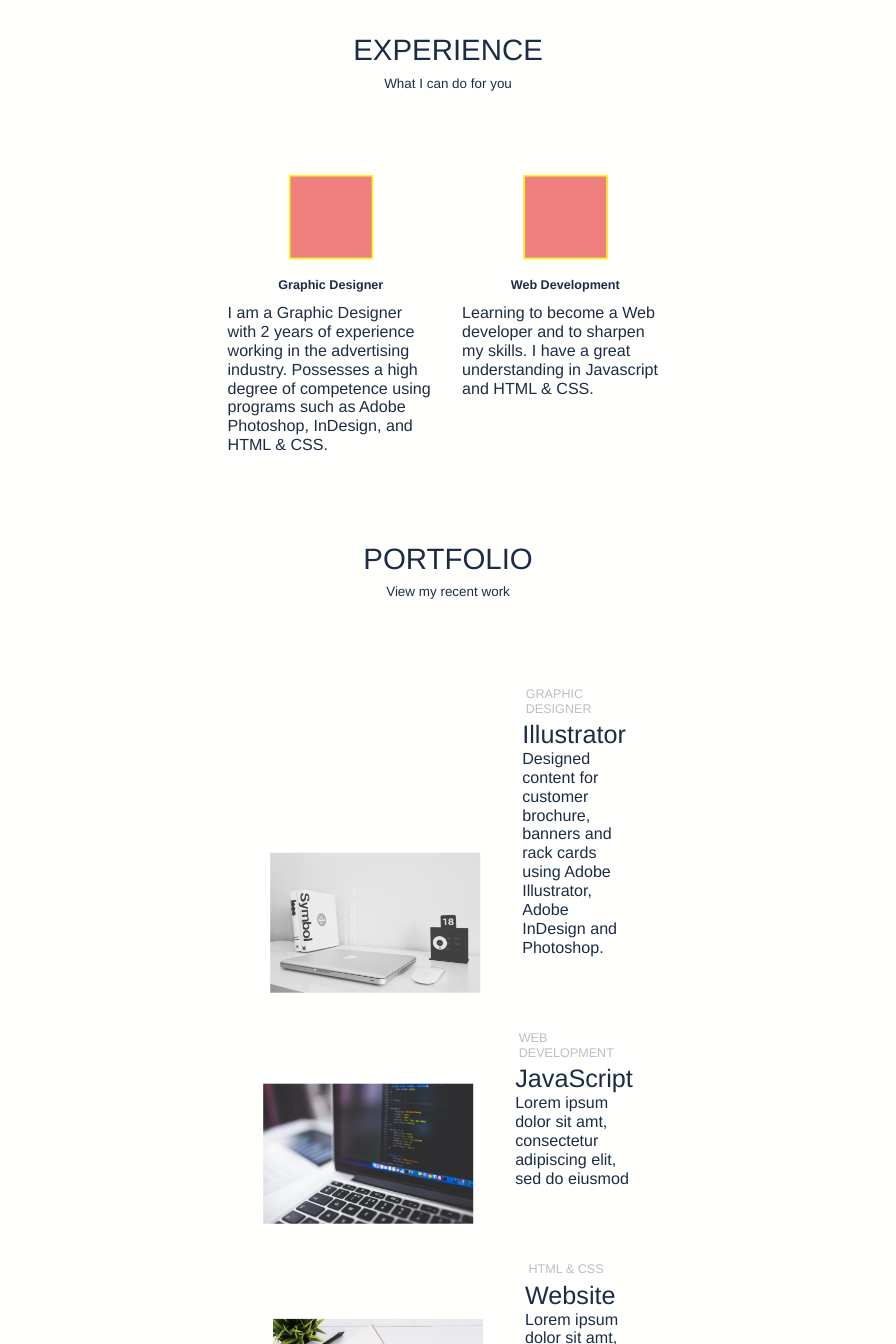
Repository: jb150524/JB-Portfolio
Page: index.html
An editor plug-in stored every save of this project. The page is shown before and after the next save, followed by the edit.
The browser window is 1280 px wide. The pictures show the part of the page from y = 1303 to 3223 px (the page is 4178 px tall before and 4433 px after), at 70% of full size.

Above is the page before, as saved 2021-07-24 18:38:39.

After the next save:
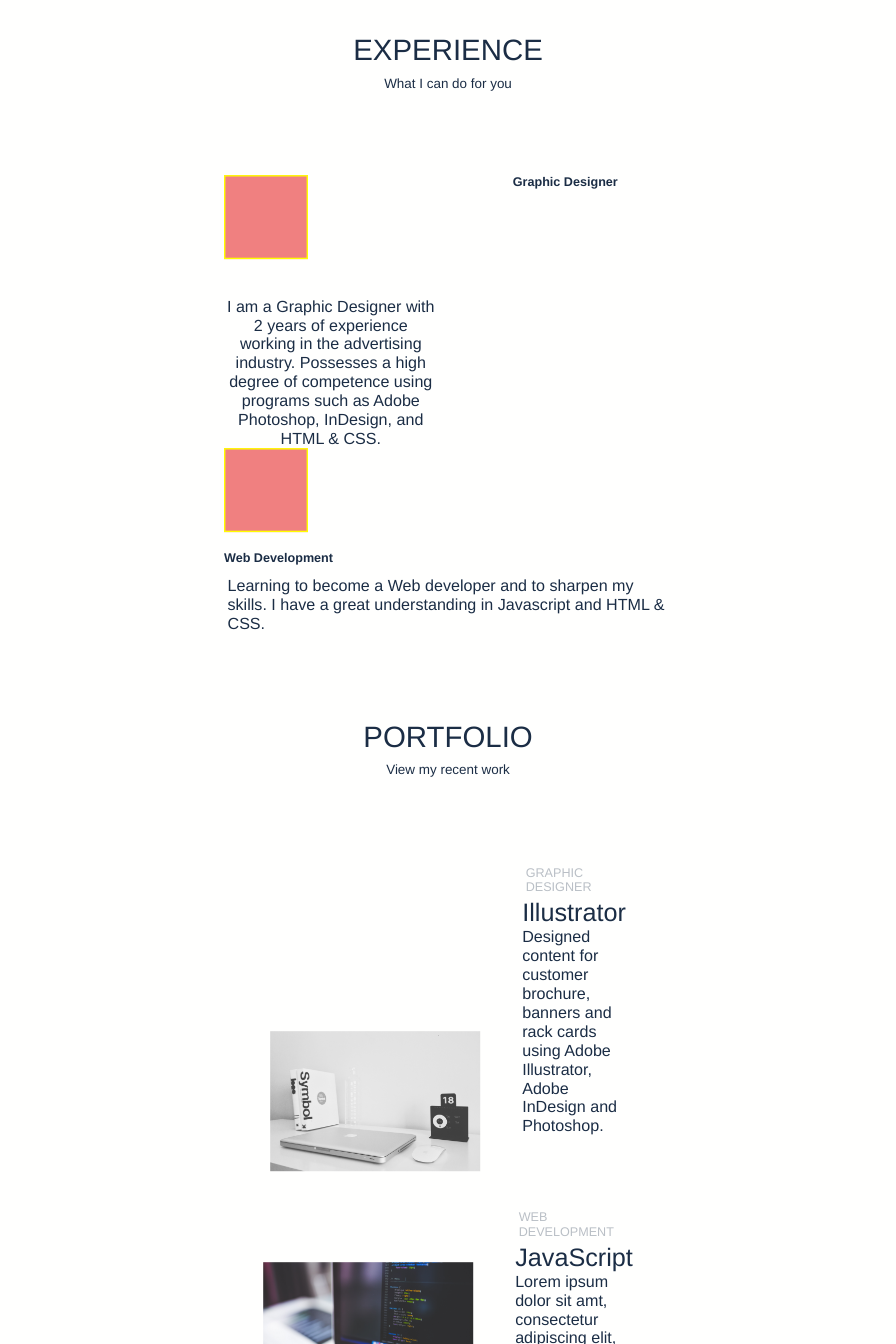
Saved 17 s later.
--- a/index.html
+++ b/index.html
@@ -55,7 +55,7 @@
                 <h6>What I can do for you</h6>
             </div>
         <div class="my-skills">
-          <div class="skills" .="">
+          <!-- <div class="skills" .=""> -->
            <div class="icon-container">
            <i class="fas fa.layer"></i>
         </div>

After the save that followed:
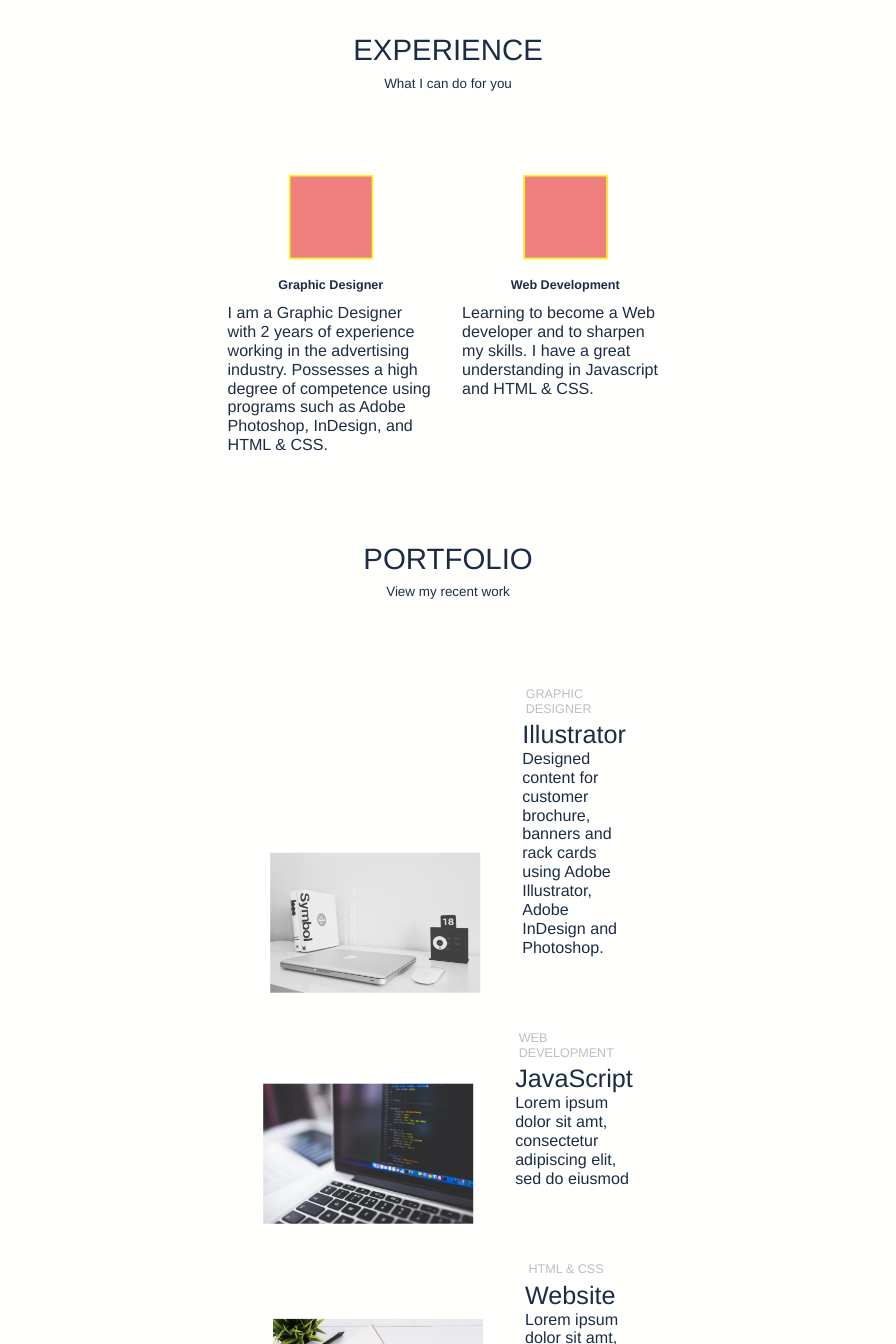
Saved 9 s later.
--- a/index.html
+++ b/index.html
@@ -55,7 +55,7 @@
                 <h6>What I can do for you</h6>
             </div>
         <div class="my-skills">
-          <!-- <div class="skills" .=""> -->
+          <div class="skills" .="">
            <div class="icon-container">
            <i class="fas fa.layer"></i>
         </div>
